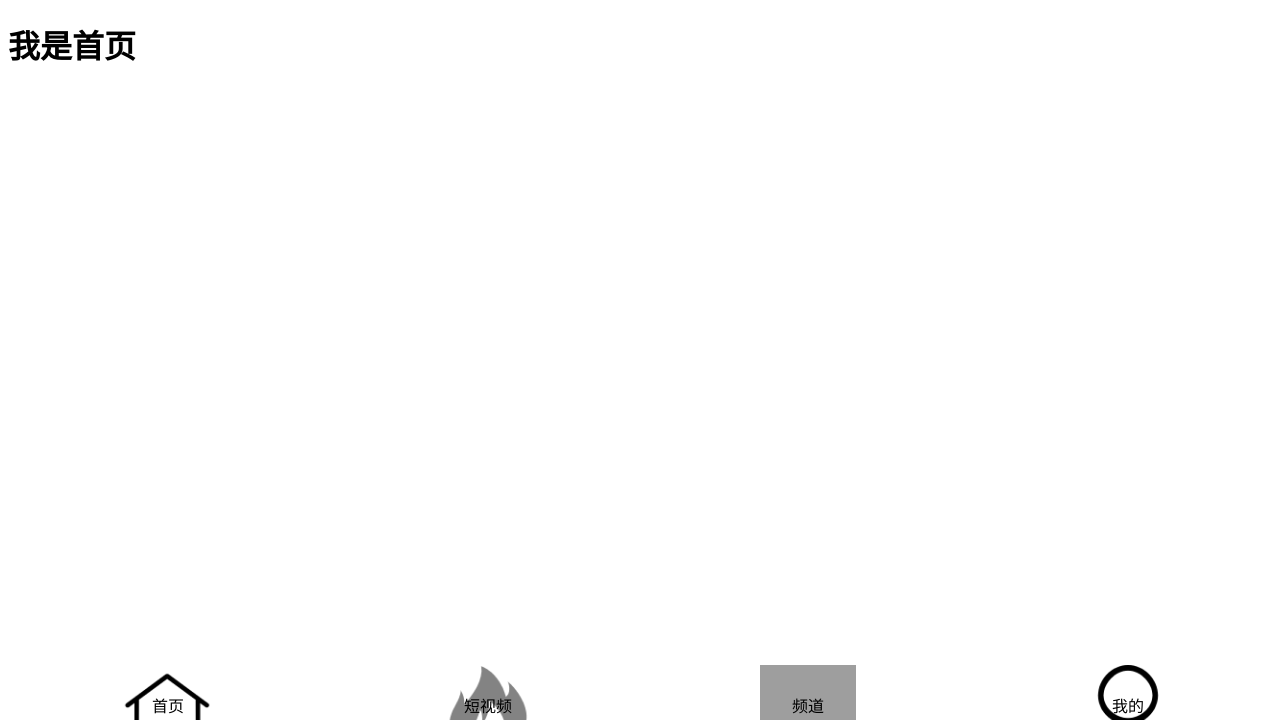
Repository: ITliuxiangyu/H51911Test
Page: video_demo/index.html
These files come from the project's save history. The page is drawn as it stood at one moment and after the next save; the edit follows.
The browser window is 1280 px wide. The page is 1288 px wide, so the pictures cover 1288 px, including what lies to the right of the window. The pictures show the whole page.
Pictures or frames that could not be fetched are drawn as grey boxes.

Above is the page before, as saved 2019-12-20 10:22:07.

### video_demo/index.html
<!DOCTYPE html>
<html lang="en">
<head>
    <meta charset="UTF-8">
    <meta name="viewport" content="width=device-width, initial-scale=1.0">
    <meta http-equiv="X-UA-Compatible" content="ie=edge">
    <title>Document</title>
    <link rel="stylesheet" href="./css/index.css">
</head>
<body>
    <div class="app">
        <div class="app_content">
            <div class="shoueye_wrap">
                <h1>我是首页</h1>
            </div>
            <div class="duanshipin_wrap">
                <h1>我是短视频</h1>
            </div>
            <div class="pindao_wrap">
                <h1>我是频道</h1>
            </div>
            <div class="wode_wrap">
                <h1>我是我的</h1>
            </div>
        </div>
        <div class="app_tabbar">
            <div class="tabbar_item">
                <div>
                    <img src="./imgs/shouye.png" alt="">
                </div>
                <br />
                <span>首页</span>
            </div>
            <div class="tabbar_item">
                <div>
                    <img src="./imgs/redu.png" alt="">
                </div>
                <br />
                <span>短视频</span>
            </div>
            <div class="tabbar_item">
                <div>
                    <img src="./imgs/pindao.png" alt="">
                </div>
                <br />
                <span>频道</span>
            </div>
            <div class="tabbar_item">
                <div>
                    <img src="./imgs/wode.png" alt="">
                </div>
                <br />
                <span>我的</span>
            </div>
        </div>
    </div>
</body>
<script src="./js/jquery-3.4.1.min.js"></script>
<script src="./js/index.js"></script>
</html>

### video_demo/css/index.css
/* 页面的内容区域部分 */
.app_content{
    width: 100vw;
}
.app_tabbar{
    width: 100vw;
    height: 60px;
    position: fixed;
    bottom: 0px;
    display: flex;
}
/* 底部的四个小块 */
.tabbar_item{
    flex: 1;
    /* border: 1px solid black; */
}
.tabbar_item{
    text-align: center;
    padding-top: 5px;
}
.tabbar_item div{
    height: 10px;
}
.tabbar_item div img{
    width: 30%;
}

/* 四个模块区域 */
.app_content>div{
    width: 100%;
    height: 100%;
    display: none;
}
.app_content>div:nth-child(1){
    display: block;
}

### video_demo/js/index.js
// 内容区域的高度
var screen_h = window.screen.height
var screen_w = window.screen.width

$(".app_content").css({
    "height": screen_h - $(".app_tabbar").outerHeight() + "px"
})

// 底部导航上的图片
var one_img = $(".tabbar_item div img")
one_img.css({
    "height": one_img.width() + "px"
})

// 底部到行上的点击事件
$(".tabbar_item").click(function () {

    var that = this

    var dian_index = $(this).index()

    $(".tabbar_item").each(function (index , item)   {
        if (dian_index == index) {
            var cur_src = $(item).find("img").attr("src")
            $(item).find("img").attr("src" ,cur_src.replace(".png" , "_a.png"))
        } else {
            var cur_src = $(item).find("img").attr("src")
            $(item).find("img").attr("src" ,cur_src.replace("_a" , ""))

        }
    })


    $(".app_content>div").each(function (index , item) {
        if ($(that).index() == index) {
            $(item).css({
                "display": "block"
            })
        } else {
            $(item).css({
                "display": "none"
            })
        }
    })
})

Loaded but not shown: video_demo/js/jquery-3.4.1.min.js (library)

After the next save:
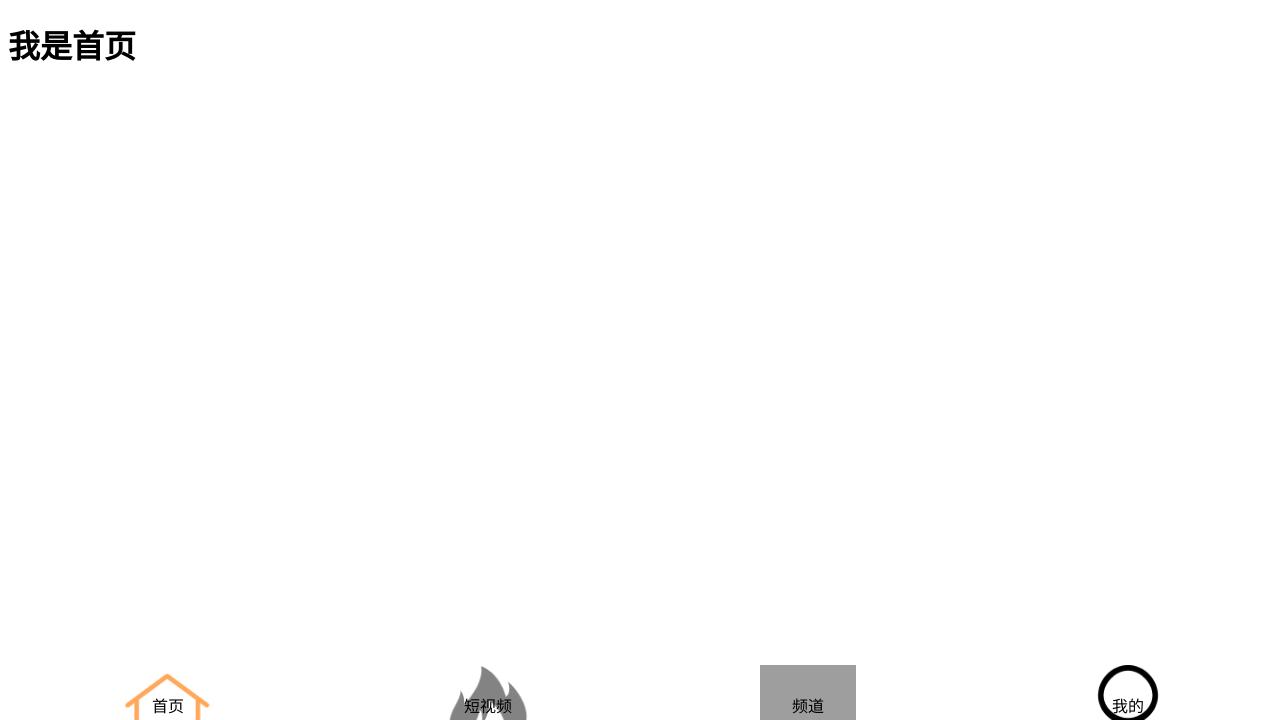
Saved 19 s later.
--- a/video_demo/index.html
+++ b/video_demo/index.html
@@ -26,7 +26,7 @@
         <div class="app_tabbar">
             <div class="tabbar_item">
                 <div>
-                    <img src="./imgs/shouye.png" alt="">
+                    <img src="./imgs/shouye_a.png" alt="">
                 </div>
                 <br />
                 <span>首页</span>
